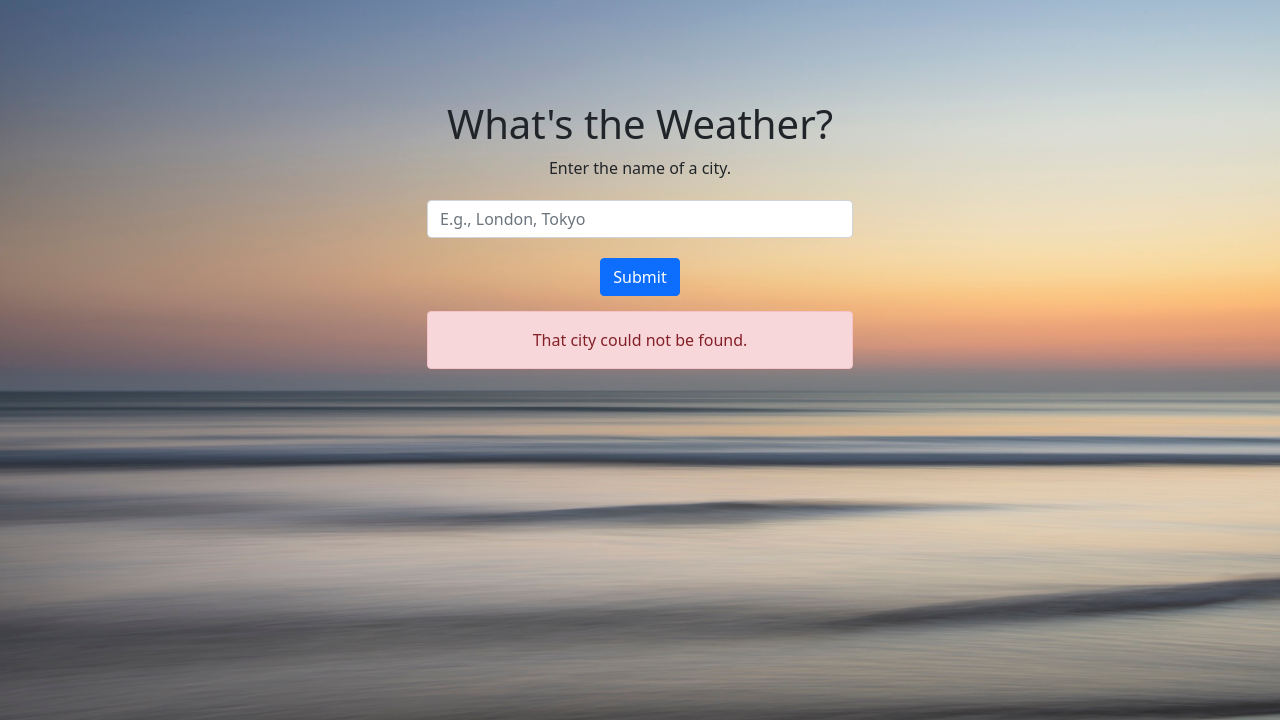
Repository: Ashwin1510/php_projectgh
Page: http://localhost/index .php
An editor plug-in stored every save of this project. The page is shown before and after the next save, followed by the edit.
The browser window is 1280 px wide. The pictures show the whole page.
The page is run by PHP 8.4 with error messages shown; the project is at /var/www/html/.

Above is the page before, as saved 2022-12-16 12:13:55.

### index .php
<?php
    $weather = "";
    $error = "";

    if(array_key_exists('city', $_GET)) {
        $city = str_replace(' ', '', $_GET['city']);
        $file_headers = @get_headers("https://www.weather-forecast.com/locations/" .
                        $city . "/forecasts/latest");

        if($file_headers[0] == "HTTP/1.1 404 Not Found") {
            $error = "That city could not be found.";
        }
        else {
            $forecastPage = file_get_contents("https://www.weather-forecast.com/locations/" .
                $city . "/forecasts/latest");

            $pageArray =
               explode('Weather Today</h2> (1&ndash;3 days)</div><p class="b-forecast__table-description-content"><span class="phrase">',
               $forecastPage);

               print_r($pageArray);

            if(sizeof($pageArray) > 1) {
                $secondPageArray = explode('</span></p></td>', $pageArray[1]);

                if(sizeof($secondPageArray) > 1) {
                    $weather = $secondPageArray[0];
                }
                else {
                    $error = "That city could not be found.";
                }
            }
            else {
                $error = "That city could not be found.";
            }
        }//end file headers are NOT empty! :)
    }
    else {
        $error = "That city could not be found.";
    }//end of array key exists test
?>


<!DOCTYPE html>

<html lang="en">
    <head>
        <meta charset="utf-8">
        <meta name="viewport" content="width=device-width, initial-scale=1, shrink-to-fit=no">
        <meta http-equiv="x-ua-compatible" contnt="ie=edge">
        <title>Weather Scraper</title>
        <link href="https://cdn.jsdelivr.net/npm/bootstrap@5.1.3/dist/css/bootstrap.min.css"
              rel="stylesheet"
              integrity="sha384-1BmE4kWBq78iYhFldvKuhfTAU6auU8tT94WrHftjDbrCEXSU1oBoqyl2QvZ6jIW3"
              crossorigin="anonymous">

        <!-- CSS -->
        <style type="text/css">
            html {
                background: url('background.jpg') no-repeat center center fixed;
                background-size: cover;
            }

            body {
                background: none;
            }

            .container {
                text-align: center;
                margin-top: 100px;
                width: 450px;
            }

            input {
                margin: 20px 0;
            }

            #weather {
                margin-top: 15px;
            }

        </style>
    </head>
    <body>
        <div class="container">
            <h1>What's the Weather?</h1>
            <form>
                <fieldset class="form-group">
                    <label for="city">Enter the name of a city.</label>
                    <input type="text"
                           class="form-control"
                           name="city"
                           id="city"
                           placeholder="E.g., London, Tokyo"
                           value = "<?php
                                if(array_key_exists('city', $_GET)) {
                                    echo $_GET['city'];
                                }
                           ?>">
                </fieldset>
                <button type="submit" class="btn btn-primary">Submit</button>
            </form>

            <div id="weather">
                <?php
                    if($weather) {
                        echo '<div class="alert alert-success" role="alert">' . $weather . '</div>';
                    }
                    else if($error) {
                        echo '<div class="alert alert-danger" role="alert">' . $error . '</div>';
                    }
                ?>

            </div>
        </div><!-- end of class='container' div -->


        <script src="https://code.jquery.com/jquery-3.6.0.min.js"></script>
        <script src="https://cdn.jsdelivr.net/npm/bootstrap@5.1.3/dist/js/bootstrap.bundle.min.js"
                integrity="sha384-ka7Sk0Gln4gmtz2MlQnikT1wXgYsOg+OMhuP+IlRH9sENBO0LRn5q+8nbTov4+1p"
                crossorigin="anonymous"></script>
    </body>
</html>

After the next save:
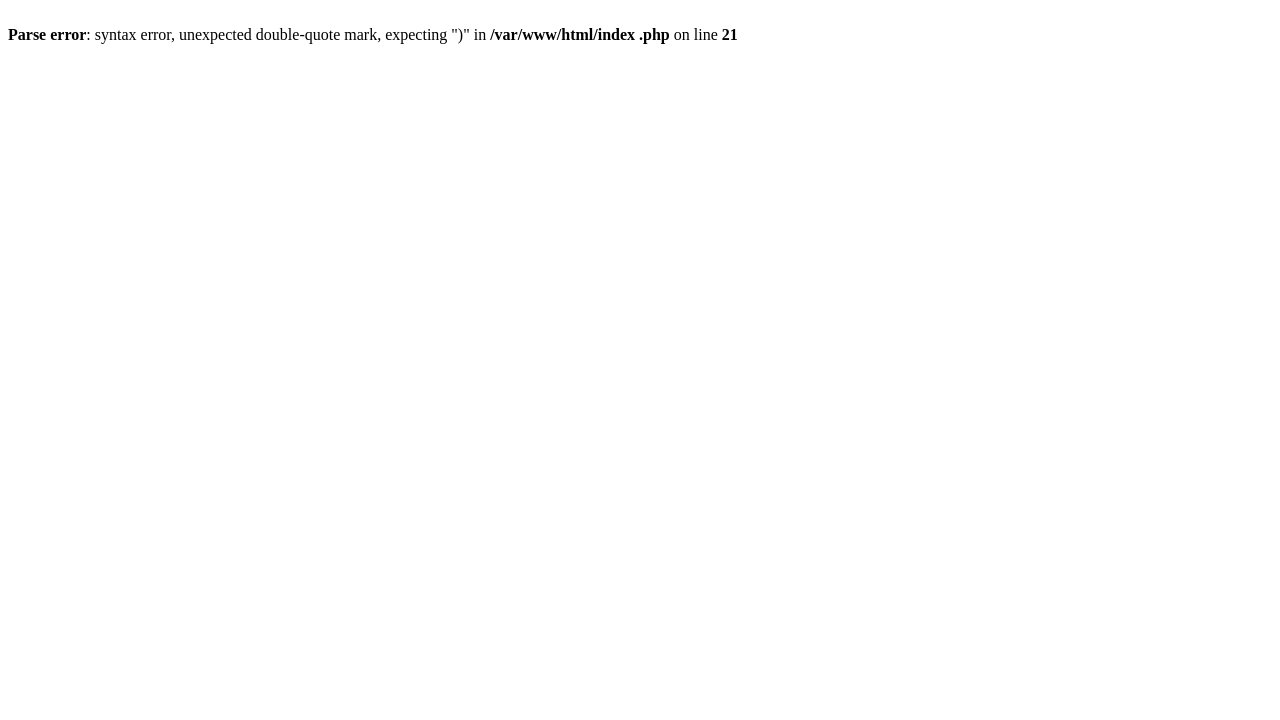
Saved 93 s later.
--- a/index .php
+++ b/index .php
@@ -18,7 +18,7 @@
                explode('Weather Today</h2> (1&ndash;3 days)</div><p class="b-forecast__table-description-content"><span class="phrase">',
                $forecastPage);
 
-               print_r($pageArray);
+               print_r($pageArray");
 
             if(sizeof($pageArray) > 1) {
                 $secondPageArray = explode('</span></p></td>', $pageArray[1]);

After the save that followed:
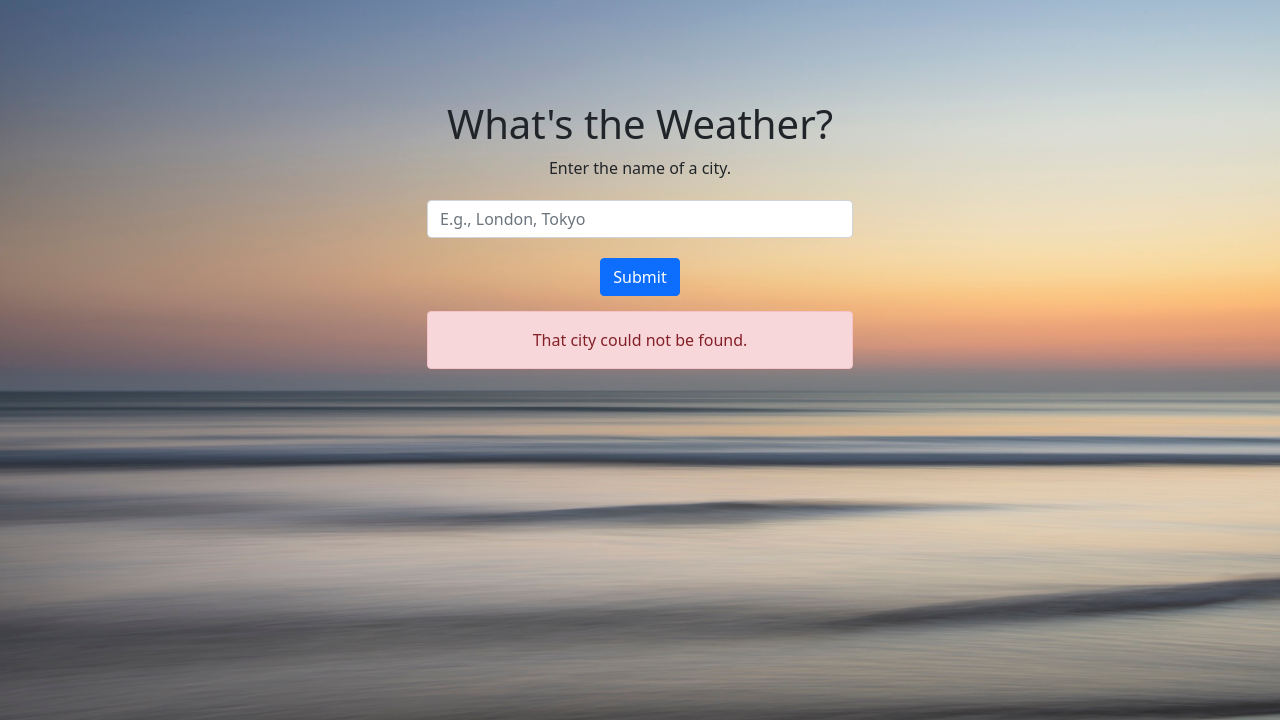
Saved 4 s later.
--- a/index .php
+++ b/index .php
@@ -18,7 +18,7 @@
                explode('Weather Today</h2> (1&ndash;3 days)</div><p class="b-forecast__table-description-content"><span class="phrase">',
                $forecastPage);
 
-               print_r($pageArray");
+               print_r("$pageArray");
 
             if(sizeof($pageArray) > 1) {
                 $secondPageArray = explode('</span></p></td>', $pageArray[1]);
